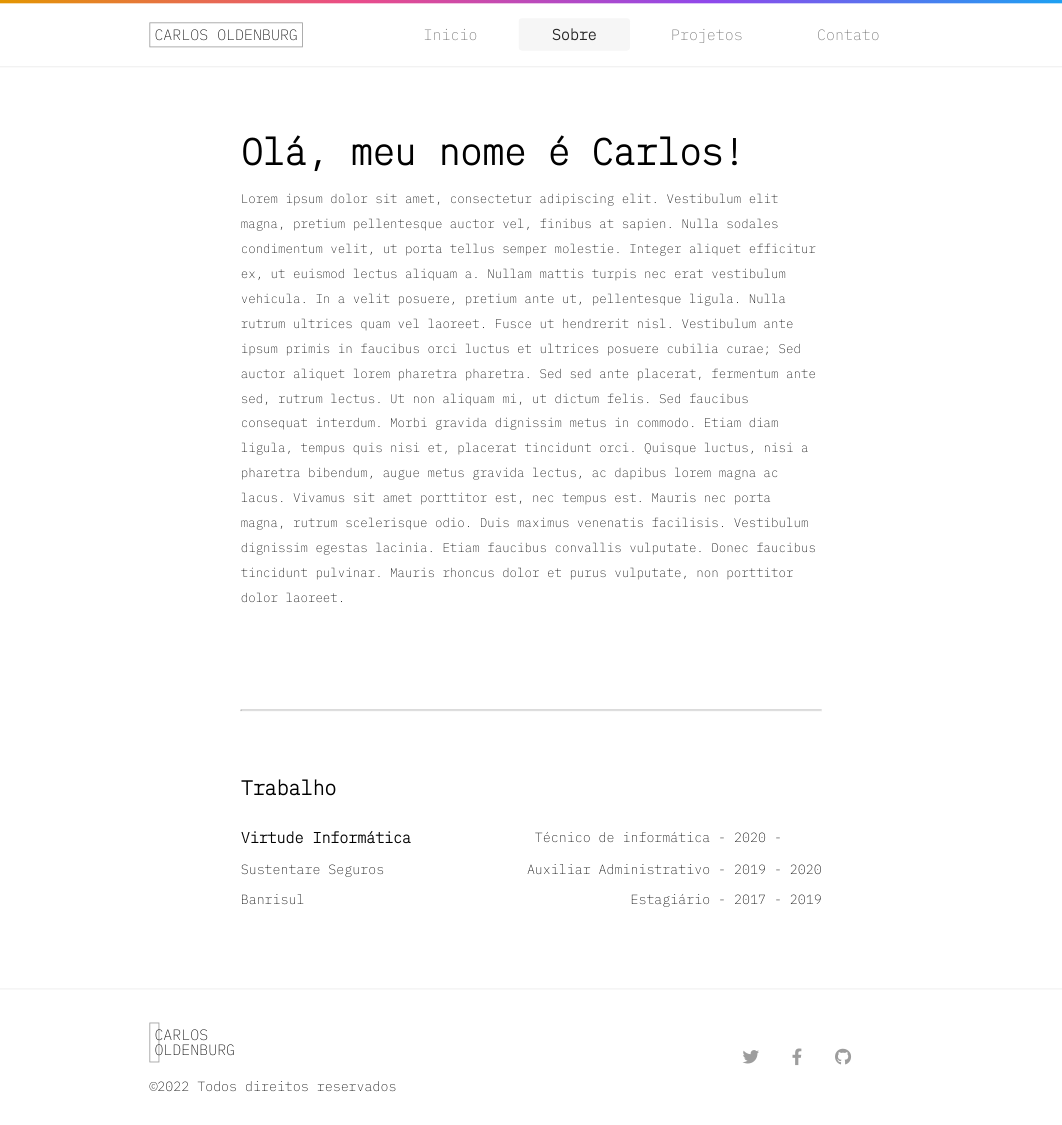
Repository: Carolden/PortfolioCrie
Page: sobre.html
An editor plug-in stored every save of this project. The page is shown before and after the next save, followed by the edit.
The browser window is 1280 px wide. The pictures show the whole page, at 83% of full size.

Above is the page before, as saved 2023-05-24 10:42:10.

### sobre.html
<!DOCTYPE html>
<html lang="pt-BR">
<head>
    <meta charset="UTF-8">
    <meta http-equiv="X-UA-Compatible" content="IE=edge">
    <meta name="viewport" content="width=device-width, initial-scale=1.0">
    <title>Carlos Eduardo Oldenburg</title>

    <link rel="stylesheet" href="styles/base/reset.css">
    <link rel="stylesheet" href="styles/base/body.css">
    <link rel="stylesheet" href="styles/layout/container.css">
    <link rel="stylesheet" href="styles/layout/footer.css">
    <link rel="stylesheet" href="styles/layout/header.css">
    <link rel="stylesheet" href="styles/layout/index__section.css">
    <link rel="stylesheet" href="styles/components/about__text.css">
    <link rel="stylesheet" href="styles/components/header__a.css">
    <link rel="stylesheet" href="styles/components/header__nav.css">
    <link rel="stylesheet" href="styles/components/hr.css">
    <link rel="stylesheet" href="styles/components/name__box.css">
    <link rel="stylesheet" href="styles/components/project__index.css">
    <link rel="stylesheet" href="styles/components/section__contact.css">
    <link rel="stylesheet" href="styles/components/section__image.css">
    <link rel="stylesheet" href="styles/components/section__p.css">
    <link rel="stylesheet" href="styles/components/section__title.css">
    <link rel="stylesheet" href="styles/components/work.css">
    <link rel="stylesheet" href="sobre.html">

    <link rel="preconnect" href="https://fonts.googleapis.com">
    <link rel="preconnect" href="https://fonts.gstatic.com" crossorigin>
    <link href="https://fonts.googleapis.com/css2?family=IBM+Plex+Mono:wght@200&family=Open+Sans:wght@800&display=swap" rel="stylesheet">
    <link rel="stylesheet" href="https://cdnjs.cloudflare.com/ajax/libs/font-awesome/6.4.0/css/all.min.css">

</head>
<body>

    <header class="header">

        <div class="name__container">
            <h2 class="name__box">CARLOS OLDENBURG</h2>
        </div>

        <nav class="header__nav">
            <a href="index.html" class="header__a">Inicio</a>
            <a href="sobre.html" class="header__a active"> Sobre</a>
            <a href="#" class="header__a">Projetos</a>
            <a href="#" class="header__a">Contato</a>
        </nav>

    </header>

    <section>

        <div class="about__text">

        <h1 class="section__title section--align">Olá, meu nome é Carlos!</h1>
        <p class="section__p about--p">Lorem ipsum dolor sit amet, consectetur adipiscing elit. Vestibulum elit magna, pretium pellentesque auctor vel, finibus at sapien. Nulla sodales condimentum velit, ut porta tellus semper molestie. Integer aliquet efficitur ex, ut euismod lectus aliquam a. Nullam mattis turpis nec erat vestibulum vehicula.

            In a velit posuere, pretium ante ut, pellentesque ligula. Nulla rutrum ultrices quam vel laoreet. Fusce ut hendrerit nisl. Vestibulum ante ipsum primis in faucibus orci luctus et ultrices posuere cubilia curae; Sed auctor aliquet lorem pharetra pharetra. Sed sed ante placerat, fermentum ante sed, rutrum lectus. Ut non aliquam mi, ut dictum felis.

            Sed faucibus consequat interdum. Morbi gravida dignissim metus in commodo. Etiam diam ligula, tempus quis nisi et, placerat tincidunt orci. Quisque luctus, nisi a pharetra bibendum, augue metus gravida lectus, ac dapibus lorem magna ac lacus. Vivamus sit amet porttitor est, nec tempus est.

            Mauris nec porta magna, rutrum scelerisque odio. Duis maximus venenatis facilisis. Vestibulum dignissim egestas lacinia. Etiam faucibus convallis vulputate. Donec faucibus tincidunt pulvinar. Mauris rhoncus dolor et purus vulputate, non porttitor dolor laoreet.</p>

        </div>

    </section>

    <hr class="hr">

    <section class="work">

        <h2 class="work__title">Trabalho</h2>

        <div class="work__container">
            <h3 class="work__subtitle">Virtude Informática</h3>
            <p>Técnico de informática   -   2020 -&emsp;&emsp;&emsp;</p>
        </div>

        <div class="work__container">
            <h3>Sustentare Seguros</h3>
            <p>Auxiliar Administrativo   -   2019 - 2020</p>
        </div>

        <div class="work__container">
            <h3>Banrisul</h3>
            <p>Estagiário   -   2017 - 2019</p>
        </div>







    </section>



























    <footer class="footer">

        <div class="name__container footer__column">

            <h2 class="name__box name--footer">CARLOS OLDENBURG</h2>
            <p class="footer__p">©2022 Todos direitos reservados</p>

        </div>

        <div class="footer__column footer__icons">

            <i class="fa-brands fa-twitter contact__icon"></i>
            <i class="fa-brands fa-facebook-f contact__icon"></i>
            <i class="fa-brands fa-github contact__icon"></i>

        </div>

    </footer>

</body>
</html>

### styles/base/body.css
body {
    font-family: 'IBM Plex Mono', monospace;
    overflow-y: scroll;
}

### styles/layout/container.css
.container {
    padding: 0 290px 0 290px;
}

### styles/layout/footer.css
.footer {
    display: flex;
    box-sizing: border-box;
    align-items: center;
    border-top: 1px solid #EAEAEA;
    margin-top: 80px;
    align-items: center;
}

.name--footer {
    margin: 40px 550px 20px 180px;
}

footer p {
    margin: 0 0 40px 180px;
}

.footer__column {
    width: 50%;
}

.footer__icons {
    text-align: center;
}

### styles/layout/header.css
.header {
    display: flex;
    justify-content: space-between;
    height: 80px;
    width: 100%;
    left: 0px;
    top: 4px;
    border-radius: 0px;
    box-sizing: border-box;
    /* position: absolute; */
    align-items: center;
    border-top: 4px;
    border-image: linear-gradient(to right, #E39600, #EA4C89, #8F48EB, #1DA1F2) 1;
    border-style: solid;
}

### styles/layout/index__section.css
.index__section {
    display: flex;
    flex-direction: column;
    align-items: center;
    border-top: 1px solid #EAEAEA;
    padding: 80px 0 50px 0;
}

### styles/components/about__text.css
.about__text {
    /* display: flex; */
    padding: 80px 290px 0 290px;
    align-items: left;
    flex-direction: column;
    border-top: 1px solid #EAEAEA;
}

### styles/components/header__a.css
.header__a {
    padding: 40px;
    text-decoration: none;
    color: #6C6C6C;
    font-size: 18px;
}

.active {
    color: #242424;
    font-weight: 600;
    background: #F6F6F6;
    border-radius: 4px;
    padding-top: 8px;
    padding-bottom: 8px;
}

### styles/components/header__nav.css
.header__nav {
    margin-right: 180px;
}

### styles/components/hr.css
.hr {
    margin: 80px 290px 80px 290px;
    color: #EAEAEA;
}

### styles/components/name__box.css
.name__box {
    border: 1px solid #9D9D9D;
    padding: 5px;
    margin-left: 180px;
    font-size: 18px;
}

### styles/components/project__index.css
.project__h2 {
    padding-bottom: 80px;
    font-size: 24px;
    font-weight: 600;
}

.project__index {
    border: 1px solid #EAEAEA;
    margin: 0 290px 20px 290px;
    display: flex;
    background-color: #FAFAFA;
}

.project__icon {
    font-size: 80px;
    padding: 40px 20px 40px 40px;
    color: #E39600;
}

.project__h3 {
    font-size: 18px;
    font-weight: 600;
    padding: 40px 0 20px 20px;
}

.project__p {
    padding: 0 40px 40px 20px;
}

.icon--color--pink {
    color: #EA4C89;
}

### styles/components/section__contact.css
.section__contact {
    display: flex;
    margin: 0 280px 0 280px;
    align-items: center;
}

.contact__icon {
    padding: 15px;
    font-size: 20px;
    color: #9D9D9D;
}

.contact__button {
    text-decoration: none;
    padding-left: 15px;
    color: #363636;
    font-weight: 600;
    font-size: 15px;
    border: 1px solid #EAEAEA;
    border-radius: 20px;
    background: #FAFAFA;
    padding: 10px 15px;
    margin-left: 15px;
}

### styles/components/section__image.css
.section__image {
    width: 800px;
    height: 800px;
    padding: 40px 0 55px 0;

}

### styles/components/section__p.css
.section__p {
    font-size: 15px;
    font-weight: 400;
    line-height: 30px;
    letter-spacing: 0em;
    text-align: left;
    margin: 0 280px 0 280px;
}

.about--p {
    margin: 0;
    padding-bottom: 40px;
}

### styles/components/section__title.css
.section__title {
    font-size: 44px;
    font-weight: 600;
}

.section--align {
    text-align: left;
    padding-bottom: 20px;
}

### styles/components/work.css
.work__title {
    font-size: 24px;
    font-weight: 600;
    padding-bottom: 40px;
}

.work__container {
    display: flex;
    justify-content: space-between;
    padding-bottom: 20px;
}

.work {
    margin-left: 290px;
    margin-right: 290px;
}

.work__subtitle {
    font-size: 18px;
    font-weight: 600;
}

Loaded but not shown: styles/base/reset.css (common file)

After the next save:
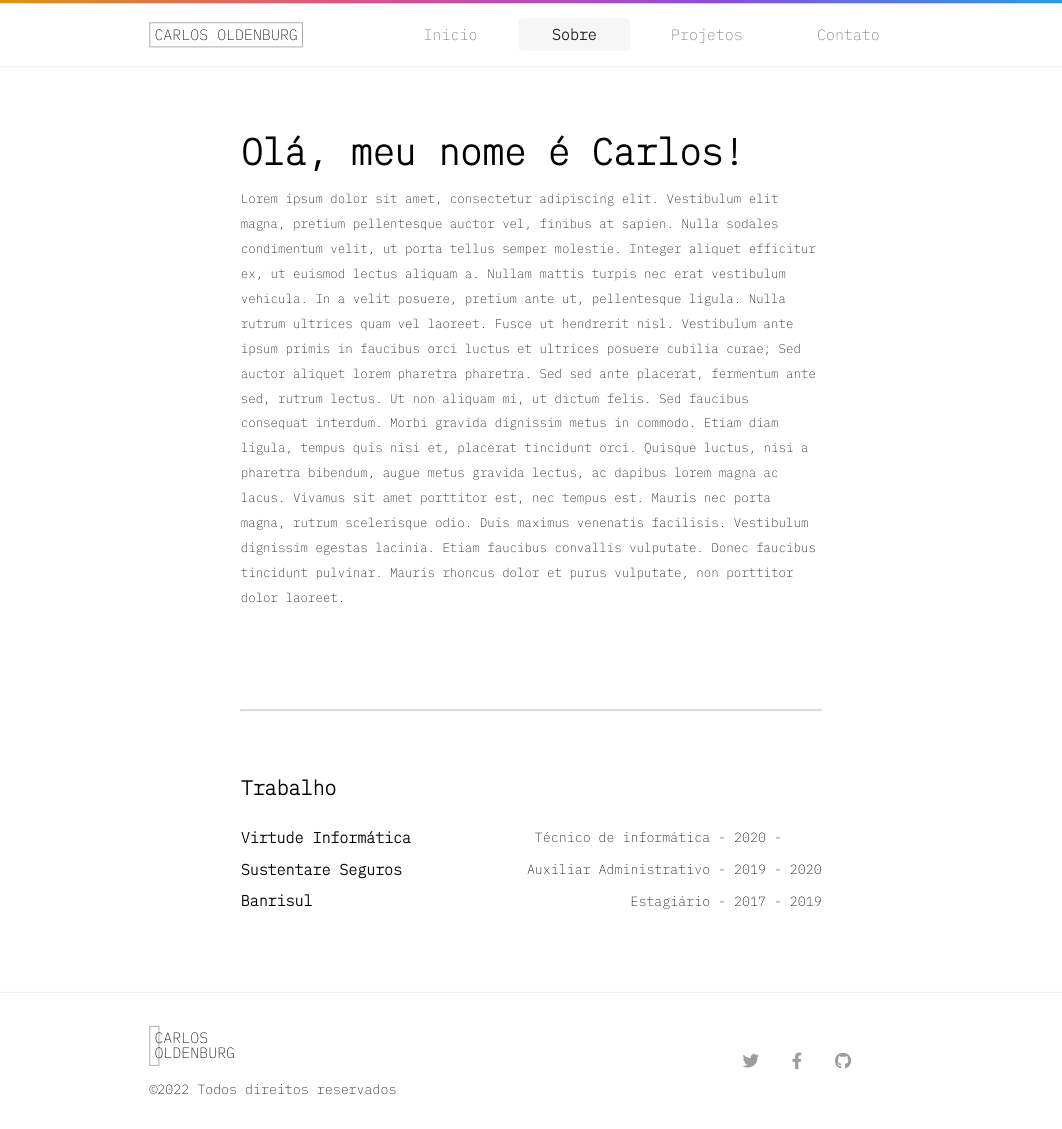
Saved 8 s later.
--- a/sobre.html
+++ b/sobre.html
@@ -77,12 +77,12 @@
         </div>
 
         <div class="work__container">
-            <h3>Sustentare Seguros</h3>
+            <h3 class="work__subtitle">Sustentare Seguros</h3>
             <p>Auxiliar Administrativo   -   2019 - 2020</p>
         </div>
 
         <div class="work__container">
-            <h3>Banrisul</h3>
+            <h3 class="work__subtitle">Banrisul</h3>
             <p>Estagiário   -   2017 - 2019</p>
         </div>
 
